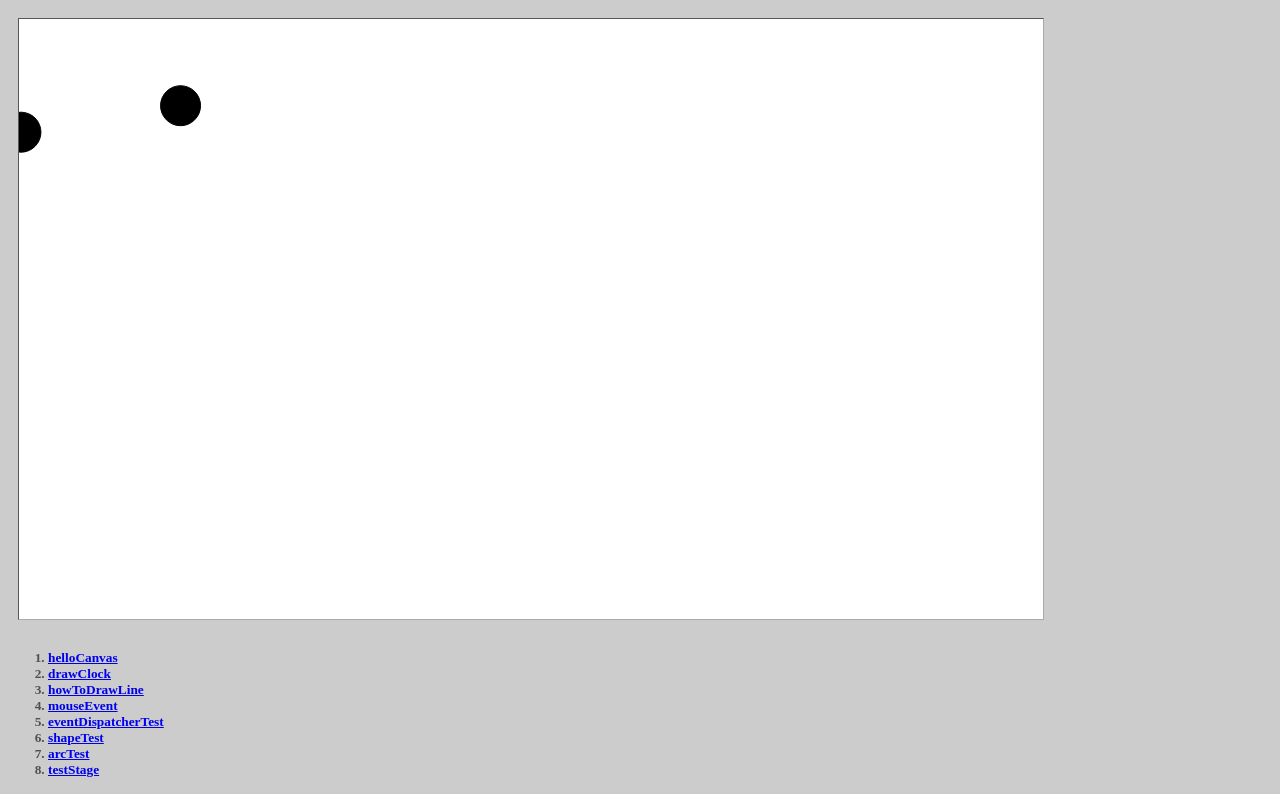
Repository: dnvy0084/canvasstudy
Page: HTML5Canvas.html
The author's editor kept a record of every edit. The page is drawn from the files as they stood at one moment, then again after the next edit.
The browser window is 1280 px wide. The pictures show the whole page.

Above is the page before.

### HTML5Canvas.html
<!DOCTYPE html>
<html>
    <head>
        <title>HTML5 Canvas Example</title>
        <link rel="stylesheet" href="./css/default.css" type="text/css" />
        <script type="text/javascript" src="./js/lib.js"></script>
        <script type="text/javascript" src="./js/html5CanvasExample.js"></script>
    </head>
    <body>
        <canvas id="canvas" width="1024" height="600">
            Canvas does not supported
        </canvas>
        <div><ol id="functionList"/></div>
    </body>
</html>

### css/default.css
body
{
    background: #cccccc;
}

canvas
{
    background: #ffffff;
    margin: 10px;
    border: thin inset #aaaaaa;
}

li
{
    font-family: NanumGothic;
    font-size: 10pt;
    font-weight: bold;
    color: #505050;
}

### js/lib.js

//***************************************************
//
// Simple Extend util
//
//***************************************************

function extend( base, sub )
{
    for( var  s in base.prototype )
    {
        sub.prototype[s] = base.prototype[s];
    }
}




//***************************************************
//
// EventDispatcher
//
//***************************************************

var EventDispatcher = function(){};

EventDispatcher.prototype.map = {};

EventDispatcher.prototype.addEventListener = function( type, listener, thisObj )
{
    if( !this.hasEventListener( type ) )
        this.map[ type ] = [];

    this.map[ type ].push( { listener: listener, thisObj: thisObj } );
}

EventDispatcher.prototype.removeEventListener = function( type, listener, thisObj )
{
    if( !this.hasEventListener(type) ) return;

    for( var i = this.map[type].length; i--; )
    {
        if( this.map[type].listener == listener )
            this.map[type].splice( i, 1 );
    }
}

EventDispatcher.prototype.dispatchEvent = function( type )
{
    if( !this.hasEventListener( type ) ) return;

    var event = null,
        e = null;

    for( var i = 0; i < this.map[type].length; i++ )
    {
        event = this.map[type][i];

        e = { type: type, target: this };

        event.listener.apply( event.thisObj, [ e ] );
    }
}

EventDispatcher.prototype.hasEventListener = function( type )
{
    return this.map.hasOwnProperty( type );
}





//***************************************************
//
// Stage
//
//***************************************************
var Stage = function( context )
{
    extend( EventDispatcher, Stage );

    this.context = context;
    this.children = [];
    this.fps = 60;
    this.delay = 1000 / this.fps;

    this.init();
    this.enterframeID = this.startRender();
}

Stage.prototype.init = function()
{
    this.__defineGetter__( "numChildren",
        function()
        {
            return this.children.length;
        }
    );

    this.__defineGetter__( "frameRate",
        function()
        {
            return this.fps;
        }
    );

    this.__defineSetter__( "frameRate",
        function( value )
        {
            this.fps = value;
            this.delay = 1000 / this.fps;

            clearInterval( this.enterframeID );
            this.enterframeID = this.startRender();
        }
    );
}

Stage.prototype.addChild = function( child )
{
    if( this.contains( child ) )
        this.removeChild( child );

    this.children.push( child );
}

Stage.prototype.removeChild = function( child )
{
    var i = this.chidren.indexOf( child );

    if( i == -1 ) return null;

    this.children.splice( i, 1 )[0];
}

Stage.prototype.contains = function( child )
{
    return this.children.indexOf( child ) > -1;
}

Stage.prototype.startRender = function()
{
    var scope = this;

    return setInterval(
        function()
        {
            scope.__render();
        },
    this.delay );
}

Stage.prototype.__render = function()
{
    this.context.clearRect(
        0, 0, this.context.canvas.width, this.context.canvas.height );

    for( var i = 0; i < this.children.length; i++ )
    {
        this.children[i].dispatchEvent( "enterframe" );

        if( this.children[i].__render )
            this.children[i].__render( this.context );
    }

    console.log( "render" );
}




//***************************************************
//
// Shape
//
//***************************************************
var Shape = function()
{
    extend( EventDispatcher, Shape );

    this.x = 0;
    this.y = 0;
}

Shape.prototype.__render = function( context )
{
    context.save();

    context.beginPath();
    context.filleStyle = "#cc0000";

    context.translate( this.x, this.y );

    context.arc( 0, 0, 20, 0, 2 * Math.PI );
    context.fill();
    context.stroke();

    context.translate( -this.x, -this.y );
    context.restore();
}

### js/html5CanvasExample.js

var CanvasApp = function()
{
    this.canvas = undefined;
    this.context = undefined;
    this.finalizer = null;

    this.firstCase = "testStage";
}

CanvasApp.prototype =
{

    /**
     *
     * initializer
     *  canvas element를 받아 context와 canvas element를
     *  CanvasApp instance 변수에 저장.
     *
     **/
    init: function( canvas )
    {
        this.canvas = canvas;
        this.context = canvas.getContext( "2d" );
        this.context.save();

        this.makeTestCaseList();
        this.excuteFunc( this.firstCase );
    },

    /**
     * test case function name이 포함된 listitem을 html에 추가
     * */
    makeTestCaseList: function()
    {
        var container = document.getElementById( "functionList" ),
            listItem;

        var appContext = this;

        function onclick( e )
        {
            appContext.excuteFunc( e.target.innerHTML.toString() );
        }

        for( var s in this )
        {
            if( typeof( this[s] ) != "function" ||
                s.indexOf( "$" ) == -1 ) continue;

            listItem = document.createElement( "LI" );
            listItem.innerHTML = "<a href='#'>" + s.replace( "$", "" ) + "</a>";
            listItem.addEventListener( "click", onclick );
            container.appendChild( listItem );
        }
    },

    /**
     * 왼쪽 상단에 현재 test case를 알수 있도록 title 표시
     * */
    setTitle: function( title )
    {
        this.context.save();

        this.context.font = "9pt NanumGothic bold";
        this.context.fillStyle = "#96969;";
        this.context.fillText( title, 8, 15 );

        this.context.restore();
    },

    /**
     * 추가된 listItem click시 해당 listItem명의 함수를 호출.
     * */
    excuteFunc: function( funcName )
    {
        if( this.finalizer !== null )
        {
            this.finalizer();
            this.finalizer = null;
        }

        if( !(/^\$/).test( funcName ) )
            funcName = "$" + funcName;

        if( this[ funcName ] === undefined ) return;

        this[ funcName ]();
    },


    /**
     * canvas 화면 클리어.
     * */
    clear: function()
    {
        this.context.clearRect(
            0, 0, this.canvas.width, this.canvas.height );
    },

     /**
     *
     * Test Case Function List
     *
     **/

     // 예제 1.1
    $helloCanvas: function()
    {
        this.clear();
        this.setTitle( "hello, canvas" );

        this.context.save();

        this.context.font = "38pt NanumGothic";
        this.context.fillStyle = "cornflowerblue";
        this.context.strokeStyle = "blue";

        var text = "hello, canvas";
        var measuredInfo = this.context.measureText( text );

        this.context.fillText( text,
            ( this.canvas.width - measuredInfo.width ) / 2, this.canvas.height / 2 );
        this.context.strokeText( text,
            ( this.canvas.width - measuredInfo.width ) / 2, this.canvas.height / 2 );

        this.context.restore();
    },

    $drawClock: function()
    {
        this.clear();
        this.setTitle( "draw clock" );

        var clock = new Clock();
        clock.x = this.canvas.width / 2;
        clock.y = this.canvas.height / 2;

        clock.__render( this.context );

        var appContext = this;
        var clockTimer = setInterval(
            function()
            {
                appContext.context.clearRect(
                    0, 100, appContext.canvas.width, appContext.canvas.height );
                clock.__render( appContext.context );
            }, 1000
        )

        this.finalizer = function()
        {
            clearInterval( clockTimer );
        }
    },

    $howToDrawLine: function()
    {
        this.clear();
        this.setTitle( "howToDrawLine" );
        this.context.save();

        this.context.lineWidth = 2;
        this.context.strokeStyle = "#cc0000";

        var numPolygons = 5,
            radius = 200,
            cx = this.canvas.width / 2,
            cy = this.canvas.height / 2;

        var t = - Math.PI / 2,
            x = cx + radius * Math.cos( t ),
            y = cy + radius * Math.sin( t );

        this.context.beginPath();
        this.context.moveTo( x, y );

        for( var i = 1; i < numPolygons + 1; i++ )
        {
            t = i * ( 2 * Math.PI ) / numPolygons - Math.PI / 2;

            x = cx + radius * Math.cos( t );
            y = cy + radius * Math.sin( t );

            this.context.lineTo( x, y );
        }

        this.context.stroke();

        this.context.lineWidth = 1;
        this.context.strokeStyle = "#0000ff";

        t = -Math.PI / 2;
        x = cx + radius * Math.cos( t ),
        y = cy + radius * Math.sin( t );

        this.context.beginPath();
        this.context.moveTo( x, y );

        for( var i = 2; i <= numPolygons * 2; i += 2 )
        {
            t = ( 2 * Math.PI ) * ( i % numPolygons ) / numPolygons - Math.PI / 2;

            x = cx + radius * Math.cos( t );
            y = cy + radius * Math.sin( t );

             this.context.lineTo( x, y );
        }

        this.context.stroke();
        this.context.restore();
    },

    $mouseEvent: function()
    {
        this.clear();
        this.setTitle( "MouseEvent test" );

        this.canvas.addEventListener( "click",
            function( e )
            {
                console.log( e, e.clientX, e.clientY );
            }
        );

        var r = this.canvas.getBoundingClientRect();

        console.log( r );
    },

    $eventDispatcherTest: function()
    {
        var e = new EventDispatcher();

        e.addEventListener( "test", function(e){ console.log(e);}, this );

        e.dispatchEvent( "test" );
    },

    $shapeTest: function()
    {
        this.clear();
        this.setTitle( "Shape Test" );

        var s = new Shape();

        s.x = 123;
        console.log( s.x );

        s.addEventListener( "update", function( e )
        {
            console.log( e.type, e, this.init );
        }, this );

        s.dispatchEvent( "update" );


        s.x = 100;
        s.y = 50;

        s.__render( this.context );
    },

    $arcTest: function()
    {
        this.clear();
        this.setTitle( "arc test" );

        this.context.save();
        this.context.translate( 100, 100 );

        this.context.beginPath();
        this.context.arc( 0, 0, 20, 0, 2 * Math.PI );
        this.context.stroke();

        this.context.translate( -100, -100 );
        this.context.restore()
    },

    $testStage: function()
    {
        var stage = new Stage( this.context );

        function onEnter( e )
        {
            var tx = e.target.x + e.target.vx;
            var ty = e.target.y + e.target.vy;

            if( tx < 0 )
            {
                tx = 0;
                e.target.vx *= -1;
            }
            else if( tx > this.canvas.width )
            {
                tx = this.canvas.width;
                e.target.vx *= -1;
            }

            if( ty < 0 )
            {
                ty = 0;
                e.target.vy *= -1;
            }
            else if( ty > this.canvas.height )
            {
                ty = this.canvas.height;
                ty *= -1;
            }

            e.target.x = tx;
            e.target.y = ty;
        }

        for( var i = 0; i < 2; i++ )
        {
            var s = new Shape();

            s.x = Math.random() * this.context.canvas.width;
            s.y = Math.random() * this.context.canvas.height;

            s.vx = Math.random() * 5 + 5;
            s.vy = Math.random() * 5 + 5;

            s.addEventListener( "enterframe", onEnter, this );

            stage.addChild( s );

        }//for

        console.log( stage, stage.numChildren );

    }//testStage
}

window.onload = function()
{
    new CanvasApp().init( document.getElementById( "canvas" ) );
}






/**
 *
 * CLOCK Instance
 *
 * */

var Clock = function()
{
    this.radius = 200;

    this.numerals =
    [
        "I", "II", "III", "IV",
        "V", "VI", "VII", "VIII",
        "IX", "X", "XI", "XII"
    ];

    this.x = 0;
    this.y = 0;
};

Clock.prototype =
{
    time: function( time )
    {
        var date = new Date();

        console.log( date );
    },

    drawCircle: function( context )
    {
        context.beginPath();

        context.lineWidth = 2;
        context.strokeStyle = "#303030";
        context.arc( this.x, this.y, this.radius, 0, 2 * Math.PI );
        context.stroke();
    },

    alignNumerals: function( context )
    {
        var r = this.radius + 20,
            t, x, y, textWidth;

        context.font = "12pt NanumGothic bold";

        for( var i = 0; i < this.numerals.length; i++ )
        {
            t = Math.PI * ( i / 6 - 1 / 3 );
            x = this.x + r * Math.cos( t );
            y = this.y + r * Math.sin( t );

            textWidth = context.measureText( this.numerals[i] ).width;
            context.fillText( this.numerals[i], x - textWidth / 2, y + 5 );
        }
    },

    drawHands: function( context )
    {
        var date = new Date(),
            sec = date.getSeconds(),
            min = date.getMinutes() + sec / 60,
            hour = date.getHours() + min / 60,
            t, x, y;

        var a =
        [
            hour, 12, 4, "#0000cc", 0.65,
            min, 60, 2, "#cc0000", 0.85,
            sec, 60, 1, "#222222", 0.9,
        ];

        for( var i = 0; i < a.length; i += 5 )
        {
            context.beginPath();

            t = 2 * Math.PI * a[i] / a[i+1] - Math.PI / 2;
            x = this.x + a[i+4] * this.radius * Math.cos( t );
            y = this.y + a[i+4] * this.radius * Math.sin( t );

            context.lineWidth = a[ i + 2 ];
            context.strokeStyle = a[ i + 3 ];
            context.moveTo( this.x, this.y );
            context.lineTo( x, y );

            context.stroke();
        }

        context.beginPath();

        context.fillStyle = "#ff0000";
        context.arc( this.x, this.y, 5, 0, 2 * Math.PI );
        context.fill();
    },

    __render: function( context )
    {
        context.save();

        this.drawCircle( context );
        this.alignNumerals( context );
        this.drawHands( context );

        context.restore();
    },
}


/**
 * Canvas Context Properties Document
 *
 *
 * 1. Color, Styles, and Shadows
 *
 * ------------------ properties ------------------
 * fillStyle:       Sets or returns the color, gradient, or pattern used to fill the drawing    - e.g( context.fillStyle="#FF0000"; )
 * strokeStyle:     Sets or returns the color, gradient, or pattern used for strokes            - e.g( context.strokeStyle="#FF0000"; )
 * shadowColor:	    Sets or returns the color to use for shadows                                - e.g( context.shadowColor="black"; )
 * shadowBlur:	    Sets or returns the blur level for shadows                                  - e.g( context.fillStyle="#FF0000"; )
 * shadowOffsetX:	Sets or returns the horizontal distance of the shadow from the shape    - e.g( context.shadowOffsetX=20; )
 * shadowOffsetY:	Sets or returns the vertical distance of the shadow from the shape      - e.g( context.shadowOffsetY=20; )
 *
 * ------------------ methods ------------------
 * function createLinearGradient( x0, y0, x1, y1 ){}: GradientObject	Creates a linear gradient (to use on canvas content)
 * function createPattern( image, repeat ){}: PatternObject	        Repeats a specified element in the specified direction
 * function createRadialGradient(){}	Creates a radial/circular gradient (to use on canvas content)
 * function addColorStop(){}	        Specifies the colors and stop positions in a gradient object
 *
 *
 * 2. Line Styles
 *
 * ------------------ properties ------------------
 * lineCap	Sets or returns the style of the end caps for a line
 * lineJoin	Sets or returns the type of corner created, when two lines meet
 * lineWidth	Sets or returns the current line width
 * miterLimit	Sets or returns the maximum miter length
 *
 *
 * 3. Rectangles
 *
 * ------------------ methods ------------------
 * rect()	Creates a rectangle
 * fillRect()	Draws a "filled" rectangle
 * strokeRect()	Draws a rectangle (no fill)
 * clearRect()	Clears the specified pixels within a given rectangle
 *
 *
 * 4. Paths
 *
 * ------------------ methods ------------------
 * fill()	Fills the current drawing (path)
 * stroke()	Actually draws the path you have defined
 * beginPath()	Begins a path, or resets the current path
 * moveTo()	Moves the path to the specified point in the canvas, without creating a line
 * closePath()	Creates a path from the current point back to the starting point
 * lineTo()	Adds a new point and creates a line from that point to the last specified point in the canvas
 * clip()	Clips a region of any shape and size from the original canvas
 * quadraticCurveTo()	Creates a quadratic Bézier curve
 * bezierCurveTo()	Creates a cubic Bézier curve
 * arc( cx, cy, radius, sAngle, eAngle, CCW )	Creates an arc/curve (used to create circles, or parts of circles)
 * arcTo()	Creates an arc/curve between two tangents
 * isPointInPath()	Returns true if the specified point is in the current path, otherwise false
 *
 *
 * 5. Transformations
 *
 * ------------------ methods ------------------
 * scale()	Scales the current drawing bigger or smaller
 * rotate()	Rotates the current drawing
 * translate()	Remaps the (0,0) position on the canvas
 * transform()	Replaces the current transformation matrix for the drawing
 * setTransform()	Resets the current transform to the identity matrix. Then runs transform()
 *
 *
 * 6. Text
 *
 * ------------------ properties -----------------
 * font	Sets or returns the current font properties for text content
 * textAlign	Sets or returns the current alignment for text content
 * textBaseline	Sets or returns the current text baseline used when drawing text
 *
 * ------------------ methods ------------------
 * function fillText( text, x, y ){}	Draws "filled" text on the canvas
 * strokeText()	Draws text on the canvas (no fill)
 * measureText( text ): { width: actual text width }	Returns an object that contains the width of the specified text
 *
 *
 * 7. Image Drawing
 *
 * ------------------ methods ------------------
 * drawImage()	Draws an image, canvas, or video onto the canvas
 *
 *
 * 8. Pixel Manipulation
 *
 * ------------------ properties -----------------
 * width	Returns the width of an ImageData object
 * height	Returns the height of an ImageData object
 * data	Returns an object that contains image data of a specified ImageData object
 *
 * ------------------ methods ------------------
 * createImageData()	Creates a new, blank ImageData object
 * getImageData()	Returns an ImageData object that copies the pixel data for the specified rectangle on a canvas
 * putImageData()	Puts the image data (from a specified ImageData object) back onto the canvas
 *
 *
 * 9. Compositing
 *
 * ------------------ properties -----------------
 * globalAlpha	Sets or returns the current alpha or transparency value of the drawing
 * globalCompositeOperation	Sets or returns how a new image are drawn onto an existing image
 *
 *
 * 10. Other
 * ------------------ methods ------------------
 * save()	Saves the state of the current context
 * restore()	Returns previously saved path state and attributes
 * createEvent()
 * getContext()
 * toDataURL()
 *
**/

After the next edit:
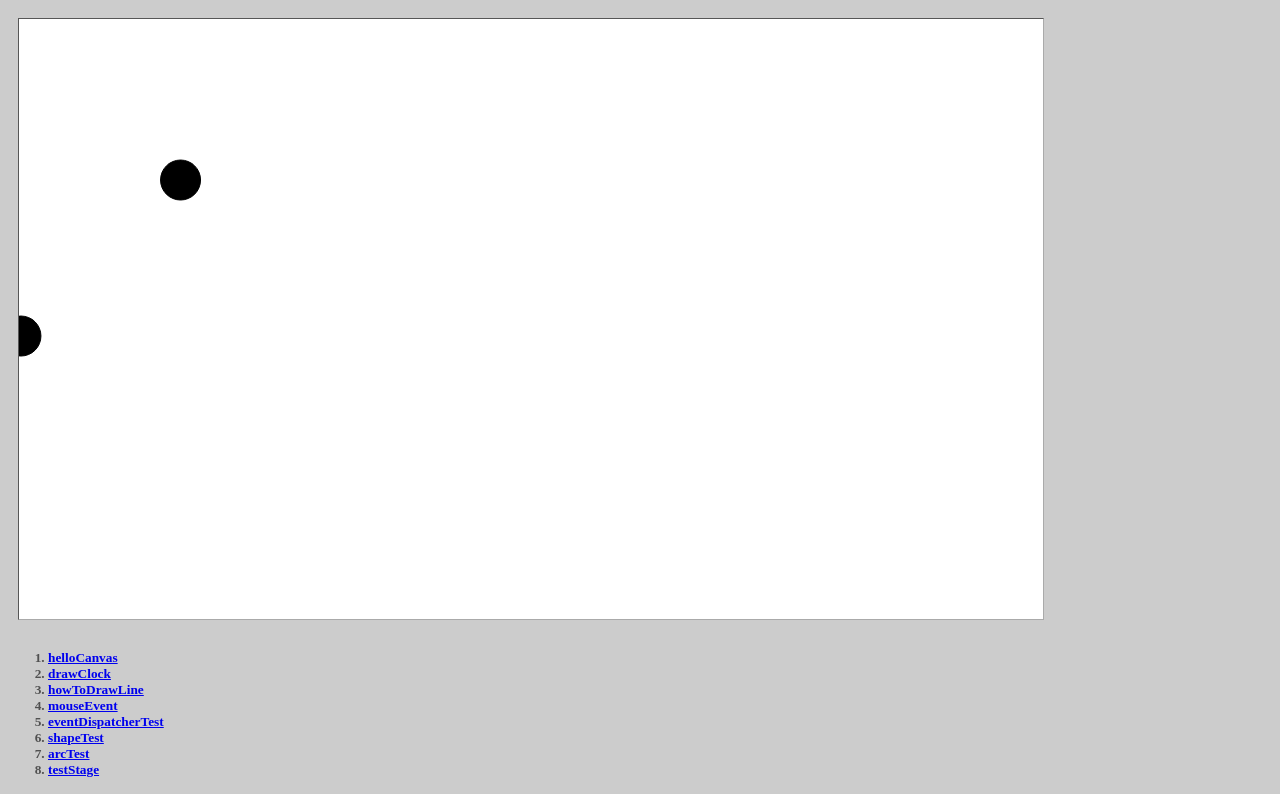
The edit:
--- a/js/html5CanvasExample.js
+++ b/js/html5CanvasExample.js
@@ -305,7 +305,7 @@
             else if( ty > this.canvas.height )
             {
                 ty = this.canvas.height;
-                ty *= -1;
+                e.target.vy *= -1;
             }
 
             e.target.x = tx;
